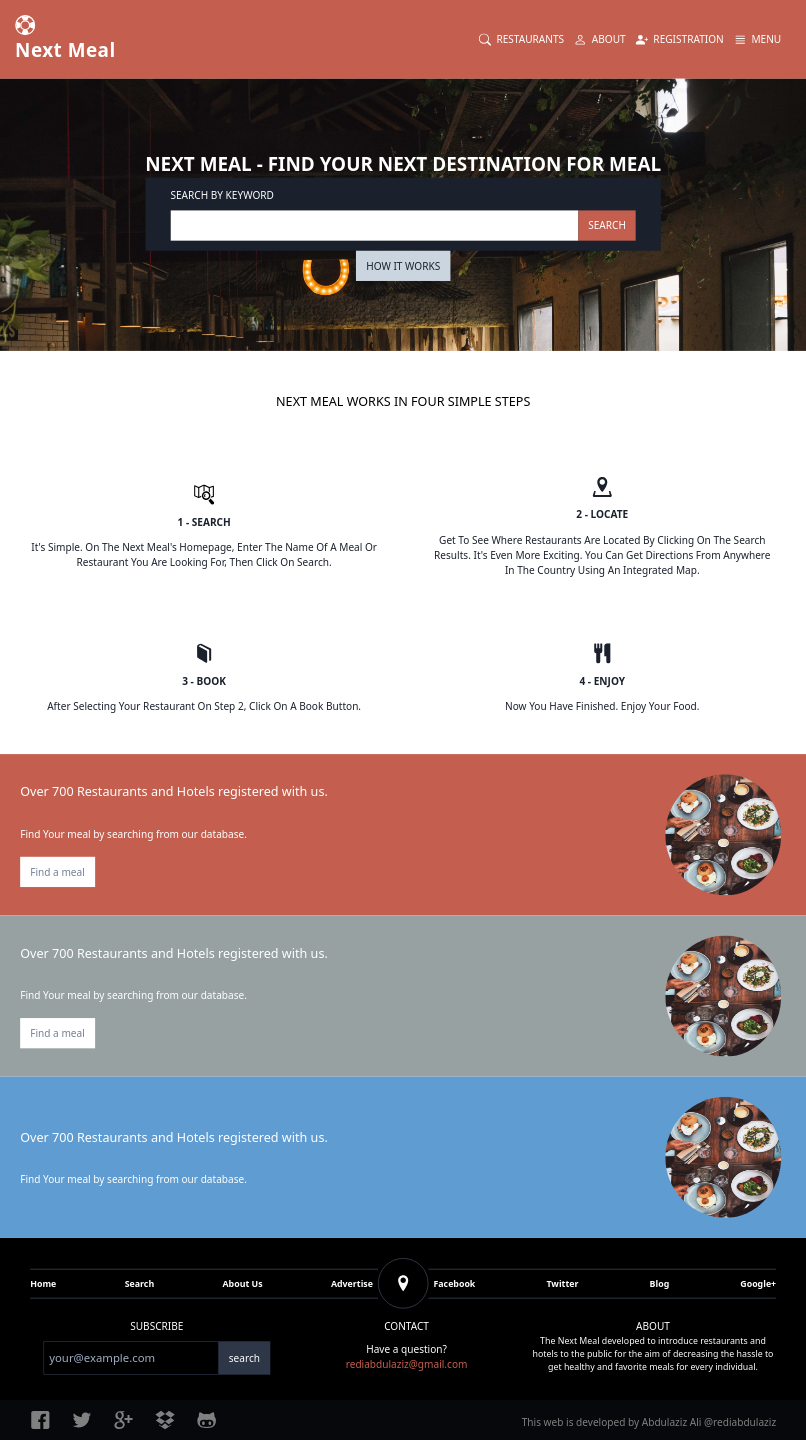
Repository: layzrd/nextmeal
Page: public/index.html
These files come from the project's save history. The page is drawn as it stood at one moment and after a run of saves; the edit follows.
The browser window is 1280 px wide. The pictures show the whole page, at 63% of full size.
Some web libraries are served in a nearby version.

Above is the page before, as saved 2020-06-26 18:34:21.

### public/index.html
<!DOCTYPE html>
<html lang="en">

  <head>
    <meta charset="UTF-8">
    <meta name="viewport" content="width=device-width, initial-scale=1.0">
    <link href="https://cdnjs.cloudflare.com/ajax/libs/tailwindcss/1.4.6/tailwind.min.css" rel="stylesheet">
    <link rel="stylesheet" href="css/main.css">
    <title>Next Meal</title>
  </head>

  <body>
    <header class="bg-prime">
      <nav class="flex items-center justify-center md:justify-start lg:justify-between flex-wrap p-6">
        <div class="flex items-center flex-shrink-0 text-white mr-6">
          <a href="index.html" class="font-semibold text-3xl capitalize tracking-wide">
            <svg class="h-8 w-8 mr-2" viewBox="0 0 16 16" fill="currentColor" xmlns="http://www.w3.org/2000/svg">
              <path fill-rule="evenodd" d="M8 15A7 7 0 1 0 8 1a7 7 0 0 0 0 14zm0 1A8 8 0 1 0 8 0a8 8 0 0 0 0 16z" />
              <path fill-rule="evenodd" d="M8 11a3 3 0 1 0 0-6 3 3 0 0 0 0 6zm0 1a4 4 0 1 0 0-8 4 4 0 0 0 0 8z" />
              <path
                d="M11.642 6.343L15 5v6l-3.358-1.343A3.99 3.99 0 0 0 12 8a3.99 3.99 0 0 0-.358-1.657zM9.657 4.358L11 1H5l1.343 3.358A3.985 3.985 0 0 1 8 4c.59 0 1.152.128 1.657.358zM4.358 6.343L1 5v6l3.358-1.343A3.985 3.985 0 0 1 4 8c0-.59.128-1.152.358-1.657zm1.985 5.299L5 15h6l-1.343-3.358A3.984 3.984 0 0 1 8 12a3.99 3.99 0 0 1-1.657-.358z" />
            </svg>
            Next Meal</a>
        </div>

        <div
          class="w-full md:w-auto lg:ml-auto flex justify-center flex-grow lg:flex-grow-0 lg:flex md:items-center lg:w-auto">
          <div class="text-base text-white flex lg:flex-grow w-100 lg:w-auto justify-between px-1/6 lg:px-0">
            <a href="index.html" class="mt-4 md:mt-0 mr-4 text-white flex items-center">
              <svg class="rounded h-5 w-5" viewBox="0 0 16 16" fill="currentColor"
                xmlns="http://www.w3.org/2000/svg">
                <path fill-rule="evenodd"
                  d="M10.442 10.442a1 1 0 0 1 1.415 0l3.85 3.85a1 1 0 0 1-1.414 1.415l-3.85-3.85a1 1 0 0 1 0-1.415z" />
                <path fill-rule="evenodd"
                  d="M6.5 12a5.5 5.5 0 1 0 0-11 5.5 5.5 0 0 0 0 11zM13 6.5a6.5 6.5 0 1 1-13 0 6.5 6.5 0 0 1 13 0z" />
              </svg>
              <span class="ml-2 hidden lg:inline uppercase">Restaurants</span>
            </a>
            <a href="contact.html" class="mt-4 md:mt-0 mr-4 text-white flex items-center">
              <svg class="rounded h-5 w-5" viewBox="0 0 16 16" fill="currentColor"
                xmlns="http://www.w3.org/2000/svg">
                <path fill-rule="evenodd"
                  d="M13 14s1 0 1-1-1-4-6-4-6 3-6 4 1 1 1 1h10zm-9.995-.944v-.002.002zM3.022 13h9.956a.274.274 0 0 0 .014-.002l.008-.002c-.001-.246-.154-.986-.832-1.664C11.516 10.68 10.289 10 8 10c-2.29 0-3.516.68-4.168 1.332-.678.678-.83 1.418-.832 1.664a1.05 1.05 0 0 0 .022.004zm9.974.056v-.002.002zM8 7a2 2 0 1 0 0-4 2 2 0 0 0 0 4zm3-2a3 3 0 1 1-6 0 3 3 0 0 1 6 0z" />
              </svg>
              <span class="ml-2 hidden lg:inline uppercase">About</span>
            </a>
            <a href="registration.html" class="mt-4 md:mt-0 mr-4 text-white flex items-center">
              <svg class="rounded h-5 w-5" viewBox="0 0 16 16" fill="currentColor"
                xmlns="http://www.w3.org/2000/svg">
                <path fill-rule="evenodd"
                  d="M1 14s-1 0-1-1 1-4 6-4 6 3 6 4-1 1-1 1H1zm5-6a3 3 0 1 0 0-6 3 3 0 0 0 0 6zm7.5-3a.5.5 0 0 1 .5.5v2a.5.5 0 0 1-.5.5h-2a.5.5 0 0 1 0-1H13V5.5a.5.5 0 0 1 .5-.5z" />
                <path fill-rule="evenodd" d="M13 7.5a.5.5 0 0 1 .5-.5h2a.5.5 0 0 1 0 1H14v1.5a.5.5 0 0 1-1 0v-2z" />
              </svg>
              <span class="ml-2 hidden lg:inline uppercase">Registration</span>
            </a>
            <a href="index.html" class="mt-4 md:mt-0 mr-4 text-white flex items-center">
              <svg class="rounded h-5 w-5" viewBox="0 0 16 16" fill="currentColor"
                xmlns="http://www.w3.org/2000/svg">
                <path fill-rule="evenodd"
                  d="M2 12.5a.5.5 0 0 1 .5-.5h11a.5.5 0 0 1 0 1h-11a.5.5 0 0 1-.5-.5zm0-3a.5.5 0 0 1 .5-.5h11a.5.5 0 0 1 0 1h-11a.5.5 0 0 1-.5-.5zm0-3a.5.5 0 0 1 .5-.5h11a.5.5 0 0 1 0 1h-11a.5.5 0 0 1-.5-.5zm0-3a.5.5 0 0 1 .5-.5h11a.5.5 0 0 1 0 1h-11a.5.5 0 0 1-.5-.5z" />
              </svg>
              <span class="ml-2 hidden lg:inline uppercase">Menu</span>
            </a>
          </div>
        </div>
      </nav>
    </header>
    <main
      class="relative bg-gray-600 h-screen-85 md:h-screen-40 md:h-screen-60 bg-image bg-cover flex items-center justify-center">
      <header class="px-2 md:px-1/6">
        <h1 class="text-xl md:text-3xl lg:text-3xl text-center text-white font-bold uppercase">Next Meal - find your
          next destination for meal</h1>
        <div class="py-4 px-10 bg-gray-900">
          <form action="result.html" class="flex flex-wrap flex-col md:flex-row">
            <label class="text-white block flex-full-row uppercase mb-3" for="global-search">search by keyword</label>
            <input type="text" id="global-search" class="py-3 px-2 w-100 md:w-auto flex-grow">
            <button type="submit"
              class="bg-prime mt-4 w-100 md:w-auto flex-grow px-4 md:flex-grow-0 md:mt-0 text-white uppercase py-3">
              Search
            </button>
          </form>
        </div>

        <div class="footer flex justify-center">
          <button type="submit" class="bg-gray-400 mx-auto mt-4 md:w-auto px-4
          md:flex-grow-0 md:mt-0 text-gray-900 uppercase second py-3 uppercase">
            How it works
          </button>
        </div>
      </header>
    </main>

    <section
      class="px-12 grid grid-cols-1 md:grid-cols-2 my-10 justify-center gap-20 items-center content-center grid-rows-ad-layout">
      <h2 class="uppercase text-xl px-2 text-center self-center md:col-span-2">Next meal works in four simple
        steps</h2>
      <article class="text-center flex text-gray-900 flex-col items-center">
        <svg xmlns="http://www.w3.org/2000/svg" xmlns:xlink="http://www.w3.org/1999/xlink" version="1.1" id="Capa_1"
          width="2em" height="2em" x="0px" y="0px" viewBox="0 0 491.67 491.67">
          <g>
            <path
              d="M127.451,299.136V83.581l103.238-49.595v135.944c8.243-5.179,17.054-9.32,26.254-12.379V34.368l102.218,51.094v84.134   c9.67,6.007,18.512,13.398,26.254,22.051V86.943l72.65-23.214v217.133l-43.885,14.02c-1.849,9.828-4.939,19.42-9.185,28.596   l1.427,1.467l68.77-21.986c5.44-1.735,9.128-6.786,9.128-12.506V45.744c0-4.189-1.998-8.125-5.384-10.611   c-3.387-2.47-7.759-3.153-11.743-1.896L373.38,63.221L249.687,1.375c-3.616-1.802-7.878-1.832-11.559-0.097L114.165,60.815   l-93.319-42.33c-4.063-1.848-8.795-1.48-12.539,0.924c-3.752,2.423-6.014,6.581-6.014,11.041v244.709   c0,5.146,3.011,9.83,7.703,11.965l98.903,44.863c3.561,1.609,7.615,1.561,11.112-0.127l58.294-28.008   c-2.383-8.922-3.792-18.019-4.102-27.162L127.451,299.136z M28.548,50.825l72.649,32.963v215.858l-72.649-32.948V50.825z" />
            <path
              d="M477.7,421.681l-75.818-78c-6.357,9.479-13.957,18.354-23.005,26.128c-9.065,7.807-18.944,13.972-29.267,18.799   l65.653,86.716c6.851,9.065,17.175,14.913,28.485,16.123c1.459,0.159,2.908,0.224,4.357,0.224c9.832,0,19.39-3.49,26.917-9.959   c8.635-7.408,13.797-18.065,14.308-29.441C489.872,440.912,485.634,429.838,477.7,421.681z" />
            <path
              d="M374.767,204.073c-20.719-24.12-50.105-36.499-79.65-36.499c-24.208,0-48.527,8.315-68.292,25.283   c-43.827,37.693-48.876,104.049-11.183,147.925c20.727,24.088,50.097,36.467,79.627,36.467c24.206,0,48.52-8.301,68.281-25.283   C407.41,314.303,412.429,247.933,374.767,204.073z M295.235,341.976c-19.596,0-39.072-8.204-52.83-24.2   c-25.012-29.123-21.666-73.142,7.425-98.154c13.12-11.264,29.267-16.775,45.325-16.775c19.613,0,39.097,8.221,52.846,24.217   c24.996,29.091,21.65,73.142-7.44,98.138C327.433,336.463,311.295,341.976,295.235,341.976z" />
            <path
              d="M272.82,232.127c-3.521-0.765-7.265-0.143-10.229,2.391c-20.901,17.955-23.275,49.58-5.336,70.481   c2.533,2.931,6.165,4.126,9.766,3.854c2.406-0.158,4.859-0.893,6.836-2.611c4.938-4.223,5.479-11.647,1.273-16.57   c-9.527-11.072-8.27-27.816,2.819-37.312c4.923-4.253,5.481-11.678,1.275-16.585C277.504,233.752,275.194,232.686,272.82,232.127z" />
          </g>
        </svg>
        <h3 class="uppercase my-4 font-bold">1 - search</h3>
        <p class="capitalize font-light">
          It's simple. On the next meal's homepage, enter the name of a meal or restaurant you are looking for, then
          click on
          search.
        </p>
      </article>
      <article class="text-center flex text-gray-900 flex-col items-center">
        <svg width="2em" height="2em" xmlns="http://www.w3.org/2000/svg" viewBox="0 0 20 20">
          <path class="fill-current" d="M19.367,18.102L18,14h-1.5l0.833,4H2.667L3.5,14H2l-1.368,4.102C0.285,19.146,0.9,20,2,20h16
        	C19.1,20,19.715,19.146,19.367,18.102z M15,5c0-2.761-2.238-5-5-5S5,2.239,5,5c0,4.775,5,10,5,10S15,9.775,15,5z M7.3,5.06
        	c0-1.491,1.208-2.699,2.7-2.699s2.7,1.208,2.7,2.699c0,1.492-1.209,2.7-2.7,2.7S7.3,6.551,7.3,5.06z" />
        </svg>
        <h3 class="uppercase my-4 font-bold">2 - Locate</h3>
        <p class="capitalize font-light">
          Get to see where restaurants are located by clicking on the search results. It's even more exciting. You can
          get
          directions from anywhere in the country using an integrated map.
        </p>
      </article>
      <article class="text-center flex text-gray-900 flex-col items-center">
        <svg width="2em" height="2em" version="1.1" id="Book" xmlns="http://www.w3.org/2000/svg"
          xmlns:xlink="http://www.w3.org/1999/xlink" x="0px" y="0px" viewBox="0 0 20 20"
          enable-background="new 0 0 20 20" xml:space="preserve">
          <path class="fill-current" d="M17,5.95v10.351c0,0.522-0.452,0.771-1,1.16c-0.44,0.313-1-0.075-1-0.587c0,0,0-9.905,0-10.114
        	c0-0.211-0.074-0.412-0.314-0.535C14.446,6.102,6.948,2.16,6.948,2.16C6.827,2.115,6.299,1.782,5.595,2.144
        	C4.926,2.488,4.562,2.862,4.469,3.038l8.18,4.482C12.866,7.634,13,7.81,13,8.036v10.802c0,0.23-0.142,0.476-0.369,0.585
        	c-0.104,0.052-0.219,0.077-0.333,0.077c-0.135,0-0.271-0.033-0.386-0.104c-0.215-0.131-7.774-4.766-8.273-5.067
        	c-0.24-0.144-0.521-0.439-0.527-0.658L3,3.385c0-0.198-0.023-0.547,0.289-1.032c0.697-1.084,3.129-2.317,4.36-1.678l8.999,4.555
        	C16.865,5.342,17,5.566,17,5.95z" />
        </svg>
        <h3 class="uppercase my-4 font-bold">3 - book</h3>
        <p class="capitalize font-light">
          After selecting your restaurant on step 2, click on a book button.
        </p>
      </article>
      <article class="text-center flex text-gray-900 flex-col items-center">
        <svg viewBox="0 0 20 20" width="2em" height="2em" class="fill-current" version="1.1"
          xmlns="http://www.w3.org/2000/svg" xmlns:xlink="http://www.w3.org/1999/xlink">
          <g id="Page-1" stroke="none" stroke-width="1" class="fill-current" fill-rule="evenodd">
            <g id="icon-shape">
              <path
                d="M18,11 L18,18.007983 C18,19.1081436 17.1122704,20 16,20 C14.8954305,20 14,19.0998238 14,18.007983 L14,13 L12,13 L12,2.99878564 C12,1.34260206 13.3465171,0 15,0 L18,0 L18,11 Z M4,10 L3.99810135,10 C2.89458045,10 2,9.1061002 2,7.9951185 L2,5.5 L2,0.990777969 C2,0.443586406 2.44386482,0 3,0 C3.55228475,0 4,0.45097518 4,0.990777969 L4,5 L5,5 L5,0.990777969 C5,0.443586406 5.44386482,0 6,0 C6.55228475,0 7,0.45097518 7,0.990777969 L7,5 L8,5 L8,0.990777969 C8,0.443586406 8.44386482,0 9,0 C9.55228475,0 10,0.45097518 10,0.990777969 L10,5.5 L10,7.9951185 C10,9.10238398 9.11329365,10 8.00189865,10 L8,10 L8,18.007983 C8,19.1081436 7.11227036,20 6,20 C4.8954305,20 4,19.0998238 4,18.007983 L4,10 Z"
                id="Combined-Shape"></path>
            </g>
          </g>
        </svg>
        <h3 class="uppercase my-4 font-bold">4 - Enjoy</h3>
        <p class="capitalize font-light">
          Now you have finished. Enjoy your food.
        </p>
      </article>
    </section>

    <div class="flex flex-col mt-10">

      <article class="relative flex justify-between items-center px-12 py-12 md:p-8 bg-prime">
        <div class="flex flex-col justify-start items-start w-1/2 md:w-auto">

          <h2 class="text-lg md:text-xl text-white md:mb-10">
            Over 700 Restaurants and Hotels registered with us.
          </h2>
          <p class="font-light text-sm md:text-base text-white">
            Find Your meal by searching from our database.
          </p>

          <button type="submit" class="bg-white mt-3 md:mt-6 px-4 text-gray-600 py-3">
            Find a meal
          </button>

        </div>

        <img class="absolute right-0 pr-2 md:relative h-48 w-48 rounded-full flex items-center justify-center"
          src="img/meal_1.jpg" alt="dinner">
      </article>

      <article class="relative flex justify-between items-center px-12 py-12 md:p-8 bg-grayish">
        <div class="flex flex-col justify-start items-start w-1/2 md:w-auto">

          <h2 class="text-lg md:text-xl text-white md:mb-10">
            Over 700 Restaurants and Hotels registered with us.
          </h2>
          <p class="font-light text-sm md:text-base text-white">
            Find Your meal by searching from our database.
          </p>

          <button type="submit" class="bg-white mt-3 md:mt-6 px-4 text-gray-600 py-3">
            Find a meal
          </button>

        </div>

        <img class="absolute right-0 pr-2 md:relative h-48 w-48 rounded-full flex items-center justify-center"
          src="img/meal_1.jpg" alt="dinner">
      </article>

      <article class="relative flex justify-between items-center px-12 py-12 md:p-8 bg-bluish">
        <div class="flex flex-col justify-start items-start w-1/2">

          <h2 class="text-lg md:text-xl text-white md:mb-10">
            Over 700 Restaurants and Hotels registered with us.
          </h2>
          <p class="font-light text-sm md:text-base text-white">
            Find Your meal by searching from our database.
          </p>

        </div>

        <img class="absolute right-0 pr-2 md:relative h-48 w-48 rounded-full flex items-center justify-center"
          src="img/meal_1.jpg" alt="dinner">
      </article>
    </div>

    <footer class="bg-black pt-8">
      <nav class="px-12 flex w-100 items-center">
        <div
          class="py-3 text-sm w-100 border-t border-b border-gray-700 items-center flex flex-col md:flex-row justify-between">
          <a href="#" class="text-white font-bold">
            Home
          </a>
          <a href="#" class="text-white font-bold">
            Search
          </a>
          <a href="#" class="text-white font-bold">
            About Us
          </a>
          <a href="#" class="text-white font-bold pr-2">
            Advertise
          </a>
        </div>
        <a href="#" class="block">
          <div class="h-20 w-20 border-gray-700 border rounded-full justify-center inline-flex items-center px-3 py-2">
            <svg class="" xmlns="http://www.w3.org/2000/svg" x="0px" y="0px" viewBox="0 0 20 20" width="2em"
              height="2em">
              <path fill="#FFFFFF"
                d="M10,2.009c-2.762,0-5,2.229-5,4.99c0,4.774,5,11,5,11s5-6.227,5-11C15,4.239,12.762,2.009,10,2.009z
            	 M10,9.76c-1.492,0-2.7-1.209-2.7-2.7s1.208-2.7,2.7-2.7c1.49,0,2.699,1.209,2.699,2.7S11.49,9.76,10,9.76z" />
            </svg>
          </div>
        </a>
        <div
          class="py-3 text-sm w-100 border-t border-b border-gray-700 items-center flex justify-between flex-col md:flex-row">
          <a href="#" class="text-white font-bold pl-2">
            Facebook
          </a>
          <a href="#" class="text-white font-bold">
            Twitter
          </a>
          <a href="#" class="text-white font-bold">
            Blog
          </a>
          <a href="#" class="text-white font-bold">
            Google+
          </a>
        </div>
      </nav>

      <div class="hidden md:flex pt-4 px-12 flex flex-row flex-no-wrap w-100">
        <div class="flex flex-col w-100 md:px-2 items-center max-w-full">
          <h5 class="text-white uppercase mb-3">Subscribe</h5>
          <form action="#" class="flex">
            <input type="text" placeholder="your@example.com"
              class="py-3 text-base md:text-xs lg:text-lg md:w-1/2 lg:w-100 px-2 bg-transparent border border-gray-800 flex-grow">
            <button type="submit" class="bg-gray-800 px-4 py-3 text-white lowercase">
              Search
            </button>
          </form>
        </div>
        <div class="flex flex-col items-center w-100">
          <h5 class="text-white uppercase mb-3">Contact</h5>

          <p class="font-light text-white text-center">
            Have a question?
            <a class="block text-prime font-normal" href="mailto:rediabdulaziz@gmail.com">
              rediabdulaziz@gmail.com
            </a>
          </p>
        </div>
        <div class="flex flex-col items-center w-100">
          <h5 class="text-white uppercase">About</h5>
          <p class="font-light text-center text-white text-sm">
            The Next Meal developed to introduce restaurants and hotels to the public for the aim of decreasing the hassle to get healthy and favorite meals for every individual.
          </p>
        </div>
      </div>

      <div class=" py-4 px-12 md:flex justify-between mt-10 opacity-50 bg-opacity-50 bg-gray-900">
        <div class="scoial lg:w-1/4 md:w-1/2">
          <ul class="flex justify-between w-100">
            <li>
              <a href="#">
                <svg xmlns="http://www.w3.org/2000/svg" width="2em" height="2em" x="0px" y="0px" viewBox="0 0 20 20">
                  <path fill="#FFFFFF"
                    d="M17,1H3C1.9,1,1,1.9,1,3v14c0,1.101,0.9,2,2,2h7v-7H8V9.525h2v-2.05c0-2.164,1.212-3.684,3.766-3.684
      	l1.803,0.002v2.605h-1.197C13.378,6.398,13,7.144,13,7.836v1.69h2.568L15,12h-2v7h4c1.1,0,2-0.899,2-2V3C19,1.9,18.1,1,17,1z" />
                </svg>
              </a>
            </li>
            <li>
              <a href="#">
                <svg xmlns="http://www.w3.org/2000/svg" width="2em" height="2em" x="0px" y="0px" viewBox="0 0 20 20">
                  <path fill="#FFFFFF" d="M17.316,6.246c0.008,0.162,0.011,0.326,0.011,0.488c0,4.99-3.797,10.742-10.74,10.742
      	c-2.133,0-4.116-0.625-5.787-1.697c0.296,0.035,0.596,0.053,0.9,0.053c1.77,0,3.397-0.604,4.688-1.615
      	c-1.651-0.031-3.046-1.121-3.526-2.621c0.23,0.043,0.467,0.066,0.71,0.066c0.345,0,0.679-0.045,0.995-0.131
      	C2.84,11.183,1.539,9.658,1.539,7.828c0-0.016,0-0.031,0-0.047c0.509,0.283,1.092,0.453,1.71,0.473
      	c-1.013-0.678-1.68-1.832-1.68-3.143c0-0.691,0.186-1.34,0.512-1.898C3.942,5.498,6.725,7,9.862,7.158
      	C9.798,6.881,9.765,6.594,9.765,6.297c0-2.084,1.689-3.773,3.774-3.773c1.086,0,2.067,0.457,2.756,1.191
      	c0.859-0.17,1.667-0.484,2.397-0.916c-0.282,0.881-0.881,1.621-1.66,2.088c0.764-0.092,1.49-0.293,2.168-0.594
      	C18.694,5.051,18.054,5.715,17.316,6.246z" />
                </svg>

              </a>
            </li>
            <li>
              <a href="#">
                <svg xmlns="http://www.w3.org/2000/svg" width="2em" height="2em" x="0px" y="0px" viewBox="0 0 20 20">
                  <path fill="#FFFFFF" d="M1.989,5.589c0,1.494,0.499,2.572,1.482,3.205c0.806,0.52,1.74,0.598,2.226,0.598
      	c0.118,0,0.213-0.006,0.279-0.01c0,0-0.154,1.004,0.59,1.996H6.532c-1.289,0-5.493,0.269-5.493,3.727
      	c0,3.516,3.861,3.695,4.636,3.695c0.061,0,0.097-0.002,0.097-0.002c0.008,0,0.063,0.002,0.158,0.002
      	c0.497,0,1.782-0.062,2.975-0.643c1.548-0.75,2.333-2.059,2.333-3.885c0-1.764-1.196-2.814-2.069-3.582
      	c-0.533-0.469-0.994-0.873-0.994-1.266c0-0.4,0.337-0.701,0.762-1.082c0.689-0.615,1.339-1.492,1.339-3.15
      	c0-1.457-0.189-2.436-1.354-3.057c0.121-0.062,0.551-0.107,0.763-0.137c0.631-0.086,1.554-0.184,1.554-0.699V1.2H6.64
      	C6.594,1.202,1.989,1.372,1.989,5.589z M9.413,14.602c0.088,1.406-1.115,2.443-2.922,2.574c-1.835,0.135-3.345-0.691-3.433-2.096
      	c-0.043-0.676,0.254-1.336,0.835-1.863c0.589-0.533,1.398-0.863,2.278-0.928c0.104-0.006,0.207-0.012,0.31-0.012
      	C8.18,12.278,9.33,13.276,9.413,14.602z M8.212,4.626c0.451,1.588-0.23,3.246-1.316,3.553C6.771,8.214,6.643,8.231,6.512,8.231
      	c-0.994,0-1.979-1.006-2.345-2.393C3.963,5.062,3.98,4.38,4.214,3.726c0.229-0.645,0.643-1.078,1.163-1.225
      	c0.125-0.035,0.254-0.053,0.385-0.053C6.962,2.448,7.734,2.946,8.212,4.626z M16,8V5h-2v3h-3v2h3v3h2v-3h3V8H16z" />
                </svg>
              </a>
            </li>
            <li>
              <a href="#">
                <svg xmlns="http://www.w3.org/2000/svg" width="2em" height="2em" x="0px" y="0px" viewBox="0 0 20 20">
                  <path fill="#FFFFFF" d="M6.109,0.902L0.4,4.457l3.911,3.279L10,4.043L6.109,0.902z M13.452,15.992c-0.102,0-0.203-0.033-0.285-0.102
      	L10,13.262l-3.167,2.629c-0.082,0.068-0.184,0.102-0.285,0.102c-0.085,0-0.17-0.023-0.244-0.072l-2.346-1.533v0.904L10,19.098
      	l6.042-3.807v-0.904l-2.346,1.533C13.622,15.969,13.537,15.992,13.452,15.992z M19.6,4.457l-5.71-3.555L10,4.043l5.688,3.693
      	L19.6,4.457z M10,11.291l3.528,2.928l5.641-3.688l-3.481-2.795L10,11.291z M6.472,14.219L10,11.291L4.311,7.736l-3.48,2.795
      	L6.472,14.219z" />
                </svg>
              </a>
            </li>
            <li>
              <a href="#">
                <svg xmlns="http://www.w3.org/2000/svg" width="2em" height="2em" x="0px" y="0px" viewBox="0 0 20 20">
                  <path fill="#FFFFFF"
                    d="M13.18,11.309c-0.718,0-1.3,0.807-1.3,1.799c0,0.994,0.582,1.801,1.3,1.801s1.3-0.807,1.3-1.801
                      	C14.479,12.116,13.898,11.309,13.18,11.309z M17.706,6.626c0.149-0.365,0.155-2.439-0.635-4.426c0,0-1.811,0.199-4.551,2.08
                      	c-0.575-0.16-1.548-0.238-2.519-0.238c-0.973,0-1.945,0.078-2.52,0.238C4.74,2.399,2.929,2.2,2.929,2.2
                      	C2.14,4.187,2.148,6.261,2.295,6.626C1.367,7.634,0.8,8.845,0.8,10.497c0,7.186,5.963,7.301,7.467,7.301
                      	c0.342,0,1.018,0.002,1.734,0.002c0.715,0,1.392-0.002,1.732-0.002c1.506,0,7.467-0.115,7.467-7.301
                      	C19.2,8.845,18.634,7.634,17.706,6.626z M10.028,16.915H9.972c-3.771,0-6.709-0.449-6.709-4.115c0-0.879,0.31-1.693,1.047-2.369
                      	C5.537,9.304,7.615,9.9,9.972,9.9c0.01,0,0.02,0,0.029,0c0.01,0,0.018,0,0.027,0c2.357,0,4.436-0.596,5.664,0.531
                      	c0.735,0.676,1.045,1.49,1.045,2.369C16.737,16.466,13.8,16.915,10.028,16.915z M6.821,11.309c-0.718,0-1.3,0.807-1.3,1.799
                      	c0,0.994,0.582,1.801,1.3,1.801c0.719,0,1.301-0.807,1.301-1.801C8.122,12.116,7.54,11.309,6.821,11.309z" />
                </svg>
              </a>
            </li>
          </ul>
        </div>
        <p class="text-white text-right mt-3 md:mt-auto">
          This web is developed by <a href="https://twitter.com/rediabdulaziz">Abdulaziz Ali @rediabdulaziz</a>
        </p>
      </div>
    </footer>
  </body>

</html>

Loaded but not shown: public/css/main.css (102 lines, source omitted)

After the next 2 saves:
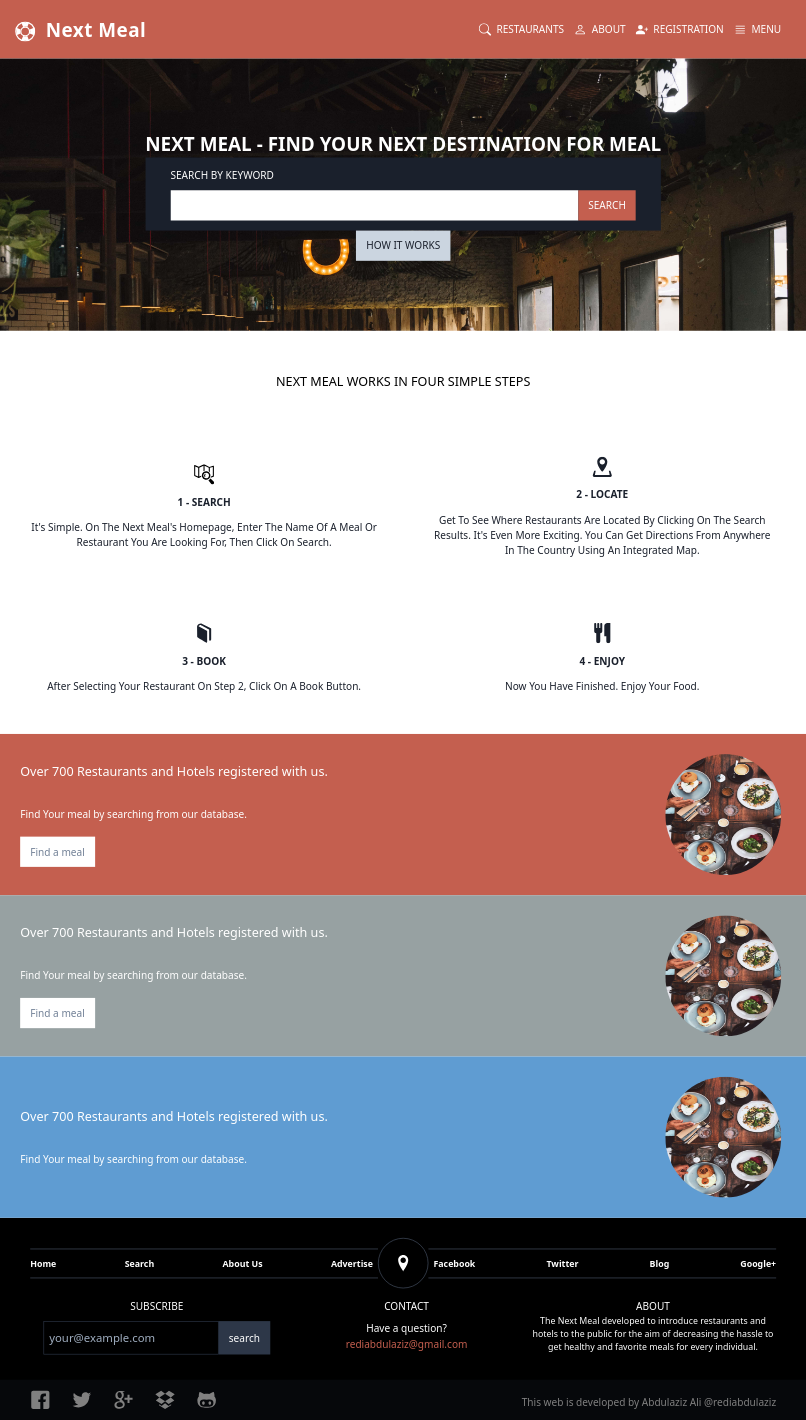
The 2 saves are shown as one change because they came seconds apart.
The last was saved 38 s later.
--- a/public/index.html
+++ b/public/index.html
@@ -14,7 +14,7 @@
       <nav class="flex items-center justify-center md:justify-start lg:justify-between flex-wrap p-6">
         <div class="flex items-center flex-shrink-0 text-white mr-6">
           <a href="index.html" class="font-semibold text-3xl capitalize tracking-wide">
-            <svg class="h-8 w-8 mr-2" viewBox="0 0 16 16" fill="currentColor" xmlns="http://www.w3.org/2000/svg">
+            <svg class="h-8 w-8 mr-2 inline-block" viewBox="0 0 16 16" fill="currentColor" xmlns="http://www.w3.org/2000/svg">
               <path fill-rule="evenodd" d="M8 15A7 7 0 1 0 8 1a7 7 0 0 0 0 14zm0 1A8 8 0 1 0 8 0a8 8 0 0 0 0 16z" />
               <path fill-rule="evenodd" d="M8 11a3 3 0 1 0 0-6 3 3 0 0 0 0 6zm0 1a4 4 0 1 0 0-8 4 4 0 0 0 0 8z" />
               <path
